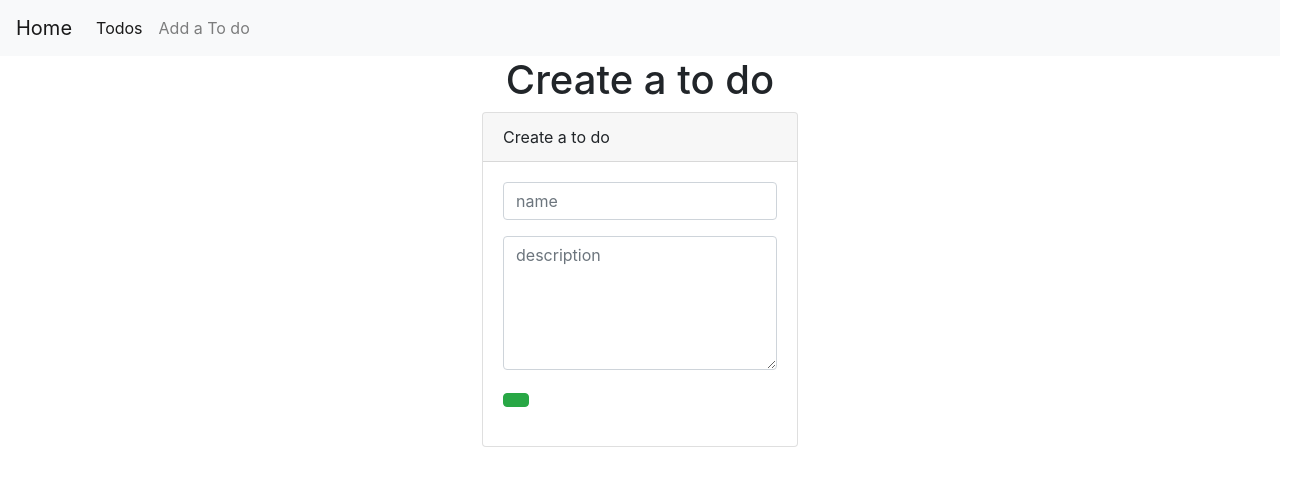
Repository: Azariagmt/laravel-to-do-app
Page: http://localhost/new-to-do
The author's editor kept a copy of each file at every save. The page is drawn from the files as they stood at one save, then again after the next save.
The browser window is 1280 px wide. The page is 1295 px wide, so the pictures cover 1295 px, including what lies to the right of the window. The pictures show the whole page.
The page is served by the project's Laravel application, run on PHP 8.4 with Laravel 8. Other server files are loaded and not shown.

Above is the page before, as saved 2020-04-27 22:57:37.

### routes/web.php
<?php

use Illuminate\Support\Facades\Route;

/*
|--------------------------------------------------------------------------
| Web Routes
|--------------------------------------------------------------------------
|
| Here is where you can register web routes for your application. These
| routes are loaded by the RouteServiceProvider within a group which
| contains the "web" middleware group. Now create something great!
|
*/

Route::get('/', function () {
    return view('welcome');
});

Route::get('/todos', 'TodosController@index')->name('todos');

Route::get('todos/{todo}', 'TodosController@show')->name('todo');

Route::get('/new-to-do', 'TodosController@new')->name('new');

### app/Http/Controllers/TodosController.php
<?php

namespace App\Http\Controllers;

use Illuminate\Http\Request;
use App\Todo;

class TodosController extends Controller
{
    public function index(){
        $todos = Todo::all();
        return view('todos.index', [
            'todos' => $todos
        ]);
    }
    public function show($todoId){

        $todo = Todo::find($todoId);
        return view('todos.show',[
            'todo' => $todo
        ]);
    }
    public function new(){
        return view('todos.new');
    }
}

### resources/views/todos/new.blade.php
@extends('layouts')

@section('content')
<h1 class="text-center">
Create a to do
</h1>
<div class="row justify-content-center">
<div class="card card-default">
<div class="card-header">
Create a to do
</div>
<div class="card-body">
<form action="">
<div class="form-group">
<input type="text" class="form-control" name="name" placeholder="name">
</div>
<div class="form-group">
<textarea type="text-area" class="form-control" placeholder="description" cols="5" rows="5" name="description"></textarea>
</div>
<div class="form-group">
<button type="submit" class="btn btn-success"></button>
</div>
</form>
</div>
</div>
</div>
@endsection

### resources/views/layouts.blade.php
<!DOCTYPE html>
<!--[if lt IE 7]>      <html class="no-js lt-ie9 lt-ie8 lt-ie7"> <![endif]-->
<!--[if IE 7]>         <html class="no-js lt-ie9 lt-ie8"> <![endif]-->
<!--[if IE 8]>         <html class="no-js lt-ie9"> <![endif]-->
<!--[if gt IE 8]><!--> <html class="no-js"> <!--<![endif]-->
    <head>
        <meta charset="utf-8">
        <meta http-equiv="X-UA-Compatible" content="IE=edge">
        <title>To do app</title>
        <meta name="description" content="">
        <meta name="viewport" content="width=device-width, initial-scale=1">
        <link rel="stylesheet" href="https://stackpath.bootstrapcdn.com/bootstrap/4.4.1/css/bootstrap.min.css" integrity="sha384-Vkoo8x4CGsO3+Hhxv8T/Q5PaXtkKtu6ug5TOeNV6gBiFeWPGFN9MuhOf23Q9Ifjh" crossorigin="anonymous">
        <link rel="stylesheet" href="">
    </head>
    <body>
        <!--[if lt IE 7]>
            <p class="browsehappy">You are using an <strong>outdated</strong> browser. Please <a href="#">upgrade your browser</a> to improve your experience.</p>
        <![endif]-->
        <nav class="navbar navbar-expand-lg navbar-light bg-light">
  <a class="navbar-brand" href="/">Home</a>
  <button class="navbar-toggler" type="button" data-toggle="collapse" data-target="#navbarNav" aria-controls="navbarNav" aria-expanded="false" aria-label="Toggle navigation">
    <span class="navbar-toggler-icon"></span>
  </button>
  <div class="collapse navbar-collapse" id="navbarNav">
    <ul class="navbar-nav">
      <li class="nav-item active">
        <a class="nav-link" href="{{route('todos')}}">Todos <span class="sr-only">(current)</span></a>
      </li>
      <li class="nav-item">
        <a class="nav-link" href="{{route('new')}}">Add a To do <span class="sr-only">(current)</span></a>
      </li>
    </ul>
  </div>
</nav>
        @yield('content')
        <script src="" async defer></script>
    </body>
</html>

Loaded but not shown: app/Http/Controllers/Controller.php (common file)

After the next save:
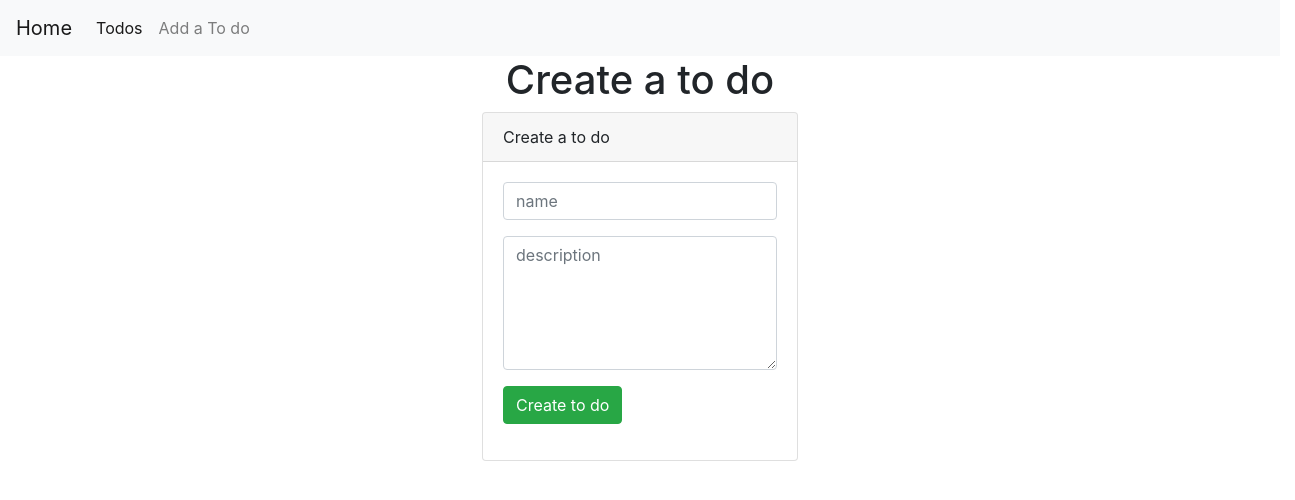
Saved 4 s later.
--- a/resources/views/todos/new.blade.php
+++ b/resources/views/todos/new.blade.php
@@ -18,7 +18,7 @@ Create a to do
 <textarea type="text-area" class="form-control" placeholder="description" cols="5" rows="5" name="description"></textarea>
 </div>
 <div class="form-group">
-<button type="submit" class="btn btn-success"></button>
+<button type="submit" class="btn btn-success"> Create to do</button>
 </div>
 </form>
 </div>
